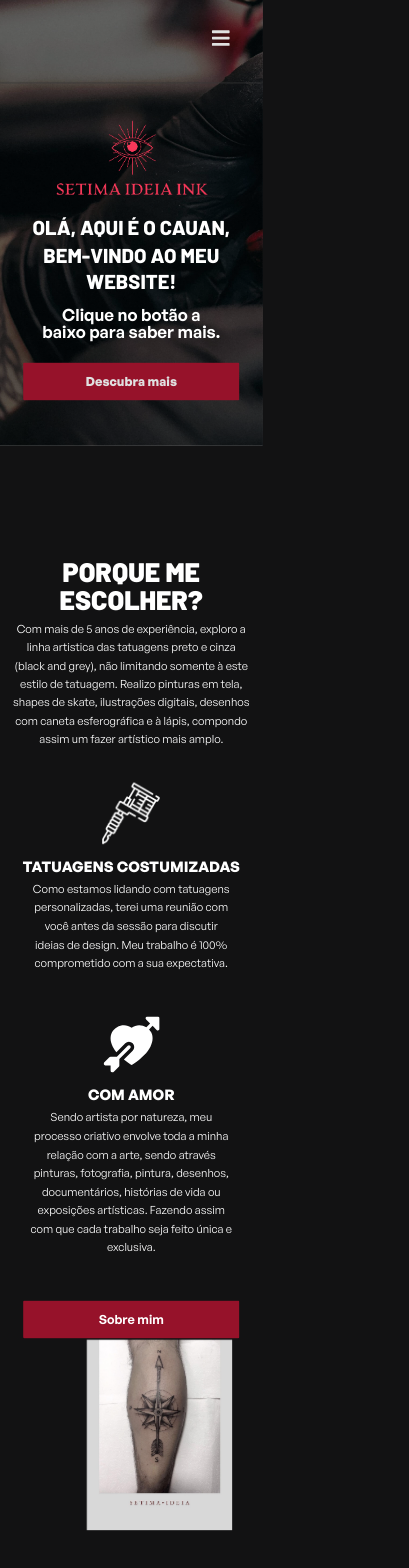
Repository: Leoka2000/S-tima-Ideia
Page: /
These files come from the project's save history. The page is drawn as it stood at one moment and after the next save; the edit follows.
The browser window is 375 px wide. The page is 584 px wide, so the pictures cover 584 px, including what lies to the right of the window. The pictures show the part of the page from y = 0 to 2240 px (the page is 8730 px tall), at 70% of full size.
Backgrounds fixed to the window are drawn as part of the page. The project was rebuilt for these pictures with package versions that can differ from the ones it lists, and the page was loaded fresh each time. Some packages were replaced by stand-ins written for this rebuild. Also part of the build but not shown: src/pages/main/instagram/instagram.css, src/pages/main/instagram/instagram.jsx, src/App.css, src/pages/portfolio/portfolio.css, src/data/database-common.js, src/pages/portfolio/loop-content.jsx, src/pages/portfolio/portfolio.jsx, src/pages/portfolio/index.jsx and 2 more. Imported but missing from the stored project, and not drawn on this page: src/assets/videos/cauan-video.mp4.

Above is the page before, as saved 2023-05-22 20:55:28.

### public/index.html
<!DOCTYPE html>
<html lang="en">
  <head>
    <meta charset="utf-8" />
    <link rel="icon" href="%PUBLIC_URL%/logo.png" />
    <meta name="viewport" content="width=device-width, initial-scale=1" />
    <meta name="theme-color" content="#000000" />
    <meta
      name="description"
      content="Web site created using create-react-app"
    />
    <link rel="apple-touch-icon" href="%PUBLIC_URL%/logo192.png" />
    <!--
      manifest.json provides metadata used when your web app is installed on a
      user's mobile device or desktop. See https://developers.google.com/web/fundamentals/web-app-manifest/
    -->
    <link rel="manifest" href="%PUBLIC_URL%/manifest.json" />
    <!--
      Notice the use of %PUBLIC_URL% in the tags above.
      It will be replaced with the URL of the `public` folder during the build.
      Only files inside the `public` folder can be referenced from the HTML.

      Unlike "/favicon.ico" or "favicon.ico", "%PUBLIC_URL%/favicon.ico" will
      work correctly both with client-side routing and a non-root public URL.
      Learn how to configure a non-root public URL by running `npm run build`.
    -->
    <title>Setima Idea.ink</title>
  </head>
  <body>
    <noscript>You need to enable JavaScript to run this app.</noscript>
    <div id="root"></div>
    <!--
      This HTML file is a template.
      If you open it directly in the browser, you will see an empty page.

      You can add webfonts, meta tags, or analytics to this file.
      The build step will place the bundled scripts into the <body> tag.

      To begin the development, run `npm start` or `yarn start`.
      To create a production bundle, use `npm run build` or `yarn build`.
    -->
  </body>
</html>

### src/pages/main/index/index.jsx
import React from 'react'
import Hero from '../hero/hero'
import About from '../about/about'
import Carousel from '../carousel/carousel'
import HorizontalParallax2 from '../carousel/carousel2'
import LookPortfolio from '../olhe-portfolio'
import Video from '../video/video'
import Instagram from '../instagram/instagram'
import Form from '../contact/form'
import Contact from '../contact'
import Sobre from '../../sobre/about/about'

const index = () => {
  return (
    <>
      <Hero/>
      <About/>
      <Carousel/>
      <HorizontalParallax2/>
      <LookPortfolio/>
      <Video/>
      <Sobre/>
      {/* <Instagram/> */}
      <Contact/>
    </>
  )
}

export default index

### src/pages/sobre/about/about.jsx
import React from 'react'
import "./about.css"
import { BsFacebook } from 'react-icons/bs'
import { BsInstagram } from 'react-icons/bs'
import { AiOutlineMail } from 'react-icons/ai'
import cauan from '../../../assets/images/cauan.jpg'
import {Link} from 'react-scroll'

const Sobre = () => {
  return (
    <section id='about' className='sobre-section'>
      <main>
        <div className='sobre-left'>
          <h2>Tatuador na equipe Família Bagé.</h2>
          <h1>Cauan Rossoni Feversani</h1>
          <p>Magna nisl egestas amet netus lectus malesuada diam et ullamcorper et in urna maecenas praesent ut vitae tempus sollicitudin pharetra ipsum molestie urna scelerisque.</p>
          <div className='sobre-icons-wrapper'>
            <a target='_blank' href='https://www.instagram.com/setimaideia.ink'>
              <BsInstagram />
            </a>
            <a href='mailto:contato.cauanrf@gmail.com'>
              <AiOutlineMail />
            </a>
          </div>
          <div className='sobre-button-wrapper'>
          <Link style={{ textDecoration: 'none' }} spy={true} smooth={true} offset={100} duration={500} to='form' ><button className='solid'>Contato</button></Link>
            <a target='_blank' href='https://www.instagram.com/setimaideia.ink'><button className='transparent'>Veja o portfólio</button></a>
          </div>
        </div>
        <div className='sobre-right'>
          <img alt='cauan' src={cauan}/>
        </div>
      </main>
    </section>
  )
}

export default Sobre

### src/components/footer/footer.jsx
import { useEffect } from 'react'
import './footer.css'
import { BsFacebook } from 'react-icons/bs'
import { BsInstagram } from 'react-icons/bs'
import { AiOutlineMail } from 'react-icons/ai'
import machine from '../../assets/icons/tattoo-machine.png'
import bage from '../../assets/brand/bage.jpg'
import { useLocation } from 'react-router-dom'
import { Link } from 'react-scroll'

const Footer = () => {

    const location = useLocation();

    useEffect(() => {
        window.scrollTo(0, 0);
    }, [location.pathname]);


    return (
        <footer>
            <main>
                <div className='footer-left'>
                    <div className='footer-cauan'>
                        <img src={machine} />
                        <p>Cauan Rossoni</p>
                    </div>

                    <div className='footer-icons-wrapper'>
                        <a target='_blank' href='https://www.instagram.com/setimaideia.ink/'>< BsInstagram /></a>
                        <a target='_blank' href='mailto:contato.cauanrf@gmail.com'><AiOutlineMail /></a>
                    </div>
                </div>
                <div className='footer-middle'>
                    <h1>Páginas</h1>
                    <Link style={{ textDecoration: 'none' }} spy={true} smooth={true} offset={100} duration={500} to='inicio' >Início</Link>
                    <Link style={{ textDecoration: 'none' }} spy={true} smooth={true} offset={100} duration={500} to='portfolio' >Portfolio</Link>
                    <Link style={{ textDecoration: 'none' }} spy={true} smooth={true} offset={100} duration={500} to='about' >Sobre</Link>
                </div>
                <div className='footer-right'><a target='_blank' href='https://www.instagram.com/_familiabagetattoo_/'><img src={bage} /></a></div>
            </main>
            <div className='leo-tag'>
                <p>Desenvolvido por <a style={{textDecoration: 'none'}} href='https://www.linkedin.com/in/leoreus/'>Leo Reus Oliveira</a></p>
            </div>
        </footer>
    )
}

export default Footer

### src/pages/main/hero/hero.jsx
import React from 'react';
import { motion } from 'framer-motion';
import './hero.css';
import logo from '../../../assets/brand/logoCorrected.png';
import { Link } from 'react-scroll';

const Hero = () => {
  const text = "Olá, aqui é o Cauan, bem-vindo ao meu website!";

  const parentVariants = {
    animate: {
      transition: {
        staggerChildren: 0.05,
      },
    },
  };

  const childVariants = {
    initial: {
      y: 20,
      opacity: 0,
    },
    animate: {
      y: 0,
      opacity: 1,
    },
  };

  return (
    <section id='inicio' className="hero-section">
      <div className="hero-wrapper">
        <img src={logo} alt="logo" />
        <motion.h1 variants={parentVariants} initial="initial" animate="animate">
          {text.split("").map((letter, index) => (
            <motion.span key={index} variants={childVariants}>{letter}</motion.span>
          ))}
        </motion.h1>
        <h2>Clique no botão a baixo para saber mais.</h2>
        <div>
          <Link to='sobre' className="colored-hero" style={{textDecoration: 'none'}} spy={true} smooth={true} offset={100} duration={500}>Descubra mais</Link>
        </div>
      </div>
    </section>
  );
};

export default Hero;

### src/pages/main/carousel/carousel.jsx
import C1 from '../../../assets/carousel/c1.jpg'
import C2 from '../../../assets/carousel/c2.jpg'
import C3 from '../../../assets/carousel/c3.jpg'
import C4 from '../../../assets/carousel/c4.jpg'
import C5 from '../../../assets/carousel/c5.jpg'
import C6 from '../../../assets/carousel/c6.jpg'
import C7 from '../../../assets/carousel/c7.jpg'
import C8 from '../../../assets/carousel/c8.jpg'
import C9 from '../../../assets/carousel/c9.jpg'
import C10 from '../../../assets/carousel/c10.jpg'

import { motion, useTransform, useScroll, circOut } from "framer-motion";
import React from "react";
import './carousel.css'

const images = [
  C1,
  C5,
  C4,
  C7,
  C2,
  C6,
  C8,
  C9,
  C10,
];

const HorizontalParallax = () => {
  const { scrollYProgress } = useScroll();
  const x = useTransform(scrollYProgress,
     [0, 1],
      [0, -2000],
      { clamp: false, velocity: 0.1, ease: circOut });

  return (
    <div className="horizontal-parallax">
      <motion.div
        className="images-container"
        style={{ x }}
      >
        {images.map((image, index) => (
          <div key={index} className="image">
            <img src={image} alt={`Image ${index}`} />
          </div>
        ))}
      </motion.div>
    </div>
  );
};

export default HorizontalParallax;

### src/pages/main/carousel/carousel2.jsx
import { motion, useTransform, useScroll, circOut } from "framer-motion";
import React from "react";
import './carousel.css'
import C1 from '../../../assets/carousel/c10.jpg'
import C2 from '../../../assets/carousel/c9.jpg'
import C3 from '../../../assets/carousel/c8.jpg'
import C4 from '../../../assets/carousel/c7.jpg'
import C5 from '../../../assets/carousel/c6.jpg'
import C6 from '../../../assets/carousel/c5.jpg'
import C7 from '../../../assets/carousel/c4.jpg'
import C8 from '../../../assets/carousel/c3.jpg'
import C9 from '../../../assets/carousel/c2.jpg'
import C10 from '../../../assets/carousel/c1.jpg'

const images = [
  C2,
  C3,
  C4,
  C1,
  C5,
  C6,
  C7,
  C8,
  C9,
  C10,
];

const HorizontalParallax2 = () => {
  const { scrollYProgress } = useScroll();
  const x = useTransform(scrollYProgress, [1, 0], [0, -2000], {ease: circOut });

  return (
    <div className="horizontal-parallax">
      <motion.div
        className="images-container"
        style={{ x }}
      >
        {images.map((image, index) => (
          <div key={index} className="image">
            <img src={image} alt={`Image ${index}`} />
          </div>
        ))}
      </motion.div>
    </div>
  );
};

export default HorizontalParallax2;

### src/pages/main/olhe-portfolio/index.jsx
import React from 'react'
import './index.css'
import img from '../../../assets/images/lookportfolio-img.png'
import silhouete from '../../../assets/icons/about-tattoo-machine.png'
import clown from '../../../assets/icons/rose.png'
import { useInView } from 'react-intersection-observer';
import { motion } from 'framer-motion'
import { Link } from 'react-router-dom'

const LookPortfolio = () => {

  const [ref1, inView1] = useInView({
    threshold: 0.3,
    triggerOnce: true,
    delay: 0.7
  });

  const [ref2, inView2] = useInView({
    threshold: 0.3,
    triggerOnce: true,
    delay: 0.9
  });

  return (
    <section id='portfolio' className='look-portfolio-section'>
      <img alt='silhouete' className='silhouete' src={silhouete} />
      <img alt='silhouete' className='clown' src={clown} />
      <motion.div
        ref={ref1}
        initial={{ opacity: 0 }}
        animate={inView1 ? { opacity: 1 } : { opacity: 0 }}
        transition={{ duration: 1 }}
        className='look-portfolio-left'>
        <img src={img} />
      </motion.div>
      <motion.div
        ref={ref2}
        initial={{ opacity: 0 }}
        animate={inView2 ? { opacity: 1 } : { opacity: 0 }}
        transition={{ duration: 1 }}
        className='look-portfolio-right'>
        <h1>Confira o meu portfólio!</h1>
        <p>Clique no link a baixo para acessar o meu portfólio no Instagram. Lá, você pode encontrar uma exposição dos meus trabalhos atualizados.</p>
        <a
         style={{textDecoration:'none'}} target='_blank' href='https://www.instagram.com/setimaideia.ink/'>Saiba mais</a>
      </motion.div>

    </section>
  )
}

export default LookPortfolio

### src/pages/main/video/video.jsx
import React, { useState } from 'react';
import './video.css';
import cauan from '../../../assets/videos/cauan-video.mp4'
import thumb from '../../../assets/images/Thumbnail.jpg'
import { FaPlay, FaTimes } from "react-icons/fa";

function Video() {
    const [showVideo, setShowVideo] = useState(false);

    function handlePlayClick() {
        setShowVideo(true);
        document.body.style.overflow = 'hidden';
    }

    function handleCloseClick() {
        setShowVideo(false);
        document.body.style.overflow = 'visible';
    }

    return (
        <section className="video-thumbnail">
            <div className='overlay-effect'>
                <div
                    className="thumbnail-image"

                >
                    <button
                        className="play-button"
                        onClick={handlePlayClick}
                    >
                        <FaPlay className="play-icon" />
                    </button>
                </div>
                {showVideo && (
                    <div className="video-overlay">
                        <button className="close-button" onClick={handleCloseClick}>
                            <FaTimes className="close-icon" />
                        </button>
                        <div className="video-wrapper">
                            <video src={cauan} controls autoPlay />
                        </div>
                    </div>
                )}
            </div>
        </section>
    );
}

export default Video

### src/pages/main/contact/index.jsx
import React from 'react'
import Form from './form'
import './form.css'
import { useInView } from 'react-intersection-observer';
import { motion } from 'framer-motion'
import { AiFillMessage } from 'react-icons/ai'
import { AiOutlineFieldTime } from 'react-icons/ai'
import { BsCashStack } from 'react-icons/bs'
import { MdFastfood} from 'react-icons/md'
import {BsCapsulePill} from 'react-icons/bs'

const Index = () => {

  const [ref1, inView1] = useInView({
    threshold: 0.7,
    triggerOnce: true,
    delay: 0.9
  });

  return (
    <section className='form-section-parent'>

      <motion.header
        ref={ref1}
        initial={{ opacity: 0 }}
        animate={inView1 ? { opacity: 1 } : { opacity: 0 }}
        transition={{ duration: 1 }}
        className='form-header'>
        <h1>INFORMAÇÕES IMPORTANTES!</h1>
        <p>Este site tem a intenção de fazer com que você me conheça melhor. Se você deseja marcar uma tatuagem comigo, leia as informações abaixos.</p>
        <div className='row-wrapper'>
          <div>
            <span><AiFillMessage /></span>
            <p>Envie-me uma mensagem no Instagram e uma foto de referência ou mencione a ID de um dos meus trabalhos presentes na seção de portfólio deste site.</p>
          </div>
          <div>
            <span><BsCashStack /></span>
            <p>Para agendar uma tatuagem comigo, você precisará pagar um depósito, e esse valor será destinado para o custo total do trabalho.</p>
          </div>
          <div>
            <span><AiOutlineFieldTime /></span>
            <p>Será necessário 48 horas de antecedência para cancelar ou reagendar uma sessão. Se você não conseguir fazer isso, precisará marcar outro agendamento e pagar um depósito extra.</p>
          </div>
          <div>
            <span><MdFastfood /></span>
            <p>Certifique-se de comer, se hidratar e descansar antes de realizer sua tatuagem.</p>
          </div>
          <div>
            <span><BsCapsulePill/></span>
            <p>Não venha de ressaca ou sob o efeito de drogas.</p>
          </div>

        </div>

      </motion.header>
      <Form />
    </section >
  )
}

export default Index

### src/pages/main/hero/hero.css
@import url('https://fonts.googleapis.com/css?family=Barlow:100,300,400,500,600,700,800,900&display=swap');

.hero-section {
    padding: 8rem 0rem 15rem 0;

    background-image: linear-gradient(180deg, rgba(0, 0, 0, 0.6), rgba(0, 0, 0, 0.6)), url("../../../assets/images/hero-bg.jpg");

    background-position: 0px 0px, 50% 0%;
    background-size: auto, cover;
    background-repeat: repeat, no-repeat;
    background-attachment: scroll, fixed;
    border-bottom: 1px solid #393939;

}

.hero-wrapper {
    display: flex;
    flex-direction: column;
    justify-content: center;
    align-items: center;
}

.hero-wrapper>img {
    width: 24rem;
    margin-bottom: 1rem;
}

.hero-wrapper>h1 {
    font-size: 3.6rem;
    line-height: 4rem;
    max-width: 70rem;
    font-weight: 800;
    text-transform: uppercase;
    text-align: center;
    font-family: Barlow, sans-serif;
    margin-bottom: 1rem;
}

.hero-wrapper>h2 {
    font-size: 1.3rem;
    font-weight: 500;
    font-family: 'General Sans', sans-serif;
}
.hero-wrapper > div {
    display: flex;
    gap: 2rem;
    align-items: center;
    justify-content: center;
    margin-top: 2rem;
}
.colored-hero {
    padding: 1rem;

    cursor: pointer;
    -webkit-box-pack: center;
    -webkit-justify-content: center;
    -ms-flex-pack: center;
    justify-content: center;
    border: 1px solid transparent;
    border-radius: 2px;
    background-color: #96122a;
    -webkit-transition: box-shadow 300ms ease, -webkit-transform 300ms ease;
    transition: box-shadow 300ms ease, -webkit-transform 300ms ease;
    transition: box-shadow 300ms ease, transform 300ms ease;
    transition: box-shadow 300ms ease, transform 300ms ease, -webkit-transform 300ms ease;
    font-family: 'General Sans', sans-serif;
    color: rgb(224, 224, 224);
    line-height: 1.111em;
    font-weight: 600;
    text-align: center;
    text-decoration: none;
    text-transform: none;
    -webkit-transform-style: preserve-3d;
    transform-style: preserve-3d;
}

.colored-hero:hover {
    box-shadow: 0 10px 20px 0 rgba(248, 19, 60, 0.2);
    -webkit-transform: translate3d(0px, -3px, 0.01px);
    transform: translate3d(0px, -3px, 0.01px);


}

.transparent-hero:hover {
    background-color: #fff;
    -webkit-transform: translate3d(0px, -3px, 0.01px);
    transform: translate3d(0px, -3px, 0.01px);
    color: #121213;
}

.transparent-hero {
    padding: 0 1rem 0 1rem;
    border-radius: 2px;
    height: 3.5rem;
    display: flex;
    align-items: center;
    justify-content: center;
    cursor: pointer;
    border-style: solid;
    border-width: 1px;
    border-color: #f0f0f0;
    background-color: transparent;
    box-shadow: 0 4px 10px 0 rgba(0, 0, 0, 0.2);
    -webkit-transition: background-color 300ms ease, color 300ms ease, -webkit-transform 300ms ease;
    transition: background-color 300ms ease, color 300ms ease, -webkit-transform 300ms ease;
    transition: transform 300ms ease, background-color 300ms ease, color 300ms ease;
    transition: transform 300ms ease, background-color 300ms ease, color 300ms ease, -webkit-transform 300ms ease;
    font-family: 'General Sans', sans-serif;
    color: #fff;
    line-height: 1.111em;
    font-weight: 500;
    text-align: center;
    text-transform: none;
    -webkit-transform-style: preserve-3d;
    transform-style: preserve-3d;
}
@media screen and (max-width: 650px) {
    .hero-wrapper>h1 {
        font-size: 2.6rem;
        line-height: 3rem;
    }
    .hero-wrapper>h2 {
        text-align: center;
        margin-bottom: 0rem;
        width: 20rem;
    }
    .hero-section {
        padding: 10rem 0rem 4rem 0;
        background-image: linear-gradient(180deg, rgba(0, 0, 0, 0.6), rgba(0, 0, 0, 0.6)), url("../../../assets/images/hero-bg.jpg");
        background-position: 0px 0px, 50% 0%;
background-size:69rem;
background-repeat: repeat, no-repeat;
background-attachment: scroll, fixed;

    }
    }


@media screen and (max-width: 500px) {
    .hero-wrapper{
        margin-right: 1rem;
        margin-left: 1rem;
    }
    .hero-wrapper>h1 {
        font-size: 1.8rem;
        line-height: 2.4rem;
        max-width: 70rem;
        font-weight: 800;
        text-transform: uppercase;
        text-align:center;
        font-family: Barlow, sans-serif;
        margin-bottom: 1rem;
    }
    .hero-wrapper>img {
        width: 15rem;
    }
    .hero-wrapper>h2 {
        font-size: 1.5rem;
        line-height: 1.5rem;

        font-family: 'General Sans', sans-serif;
        text-align: center;
        width: 16rem;
    }
    .hero-wrapper > div {
        flex-direction: column;
        width: 90%;
    }
    .hero-wrapper > div > a {
       width: 100%;
    }


}

### src/pages/main/carousel/carousel.css
.horizontal-parallax {
  position: relative;
  width: 100%;
  height: 400px;
  overflow-x: hidden;
}

.images-container {
  position: absolute;
  top: 0;
  left: 0;
  height: 100%;
  white-space: nowrap;
}

.image {
  display: inline-block;
  width: 400px;
  height: 350px;
  margin-right: 20px;
  overflow: hidden;
}

.image img {
  width: 100%;
  height: 100%;
  object-fit: cover;
}

@media screen and (max-width: 650px) {
  .image {
    display: inline-block;
    width: 210px;
    height: 245px;
    margin-right: 20px;
    overflow: hidden;
  }
  .horizontal-parallax {
    position: relative;
    width: 100%;
    height: 350px;
    overflow-x: hidden;
  }

}

### src/pages/main/video/video.css
.video-thumbnail {
    position: relative;
    width: 100%;
    height: 15rem;
    padding-bottom: 56.25%;
    background-color: rgba(0, 0, 0, 0.2);
    z-index: 3;

  }
  .overlay-effect {
    position: absolute;

left: 0%;
top: 0%;
right: 0%;
bottom: 0%;
z-index: 2;
display: -webkit-box;
display: -webkit-flex;
display: -ms-flexbox;
display: flex;
width: 100%;
height: 100%;
-webkit-box-pack: center;
-webkit-justify-content: center;
-ms-flex-pack: center;
justify-content: center;
-webkit-box-align: center;
-webkit-align-items: center;
-ms-flex-align: center;
align-items: center;
border-top: 1px solid #393939;
border-bottom: 1px solid #393939;
background-color: rgba(0, 0, 0, 0.7);
  }

  .thumbnail-image {
    position: absolute;
    top: 0;
    left: 0;
    height: 100%;
    width: 100%;
    z-index: -1;

    background-image: linear-gradient( 115deg, rgba(34, 34, 34, 0.8), rgba(44, 21, 21, 0.8) ), url('../../../assets/images/Thumbnail.jpg');
    background-size: cover;
    background-repeat: no-repeat;
    background-position: center;
    display: flex;
    justify-content: center;
    align-items: center;
  }



  .play-button {
    display: flex;
    justify-content: center;
    align-items: center;
    width: 80px;
    height: 80px;
    border: none;
    border-radius: 50%;
    background-color: rgba(0, 0, 0, 0.6);
    cursor: pointer;
    transition: 0.3s;
  }

  .play-icon {
    color: white;
    font-size: 30px;

  }
  .play-button:hover {
transform: scale(1.1);
  }

  .video-overlay {
    position: fixed;
    top: 0;
    left: 0;
    width: 100%;
    height: 100%;
    z-index: 1;
    display: flex;
    justify-content: center;
    align-items: center;
    background-color: rgba(0, 0, 0, 0.8);
  }

  .close-button {
    position: absolute;
    top: 8.5rem;
    right: 2rem;
    display: flex;
    justify-content: center;
    align-items: center;
    width: 30px;
    height: 30px;
    background-color: rgba(0, 0, 0, 0.6);
    border: none;
    cursor: pointer;
  }

  .close-icon {
    color: white;
    font-size: 20px;
  }

  .video-wrapper {

    overflow: hidden;
  }

  video {
    width: 45rem;
    height: 1000rem;
    object-fit: contain;

  }

  @media screen and (max-width: 650px) {
    video {
      width: 45rem;
      height: 1000rem;
      object-fit: contain;

    }


  .video-thumbnail {
    position: relative;
    width: 100%;
    height: 25rem;
    padding-bottom: 56.25%;
    background-color: rgba(0, 0, 0, 0.2);
    z-index: 3;

  }
      }

Loaded but not shown: src/index.js (36 lines, source omitted); src/routes.js (29 lines, source omitted); src/pages/main/contact/form.css (328 lines, source omitted); src/pages/sobre/about/about.css (260 lines, source omitted); src/components/navbar/navbar.css (277 lines, source omitted); src/pages/main/about/about.css (258 lines, source omitted); src/pages/main/contact/form.jsx (95 lines, source omitted); src/index.css (112 lines, source omitted); src/pages/main/olhe-portfolio/index.css (156 lines, source omitted); src/pages/main/about/about.jsx (76 lines, source omitted); src/components/navbar/navbar.jsx (80 lines, source omitted); src/components/footer/footer.css (122 lines, source omitted)

After the next save:
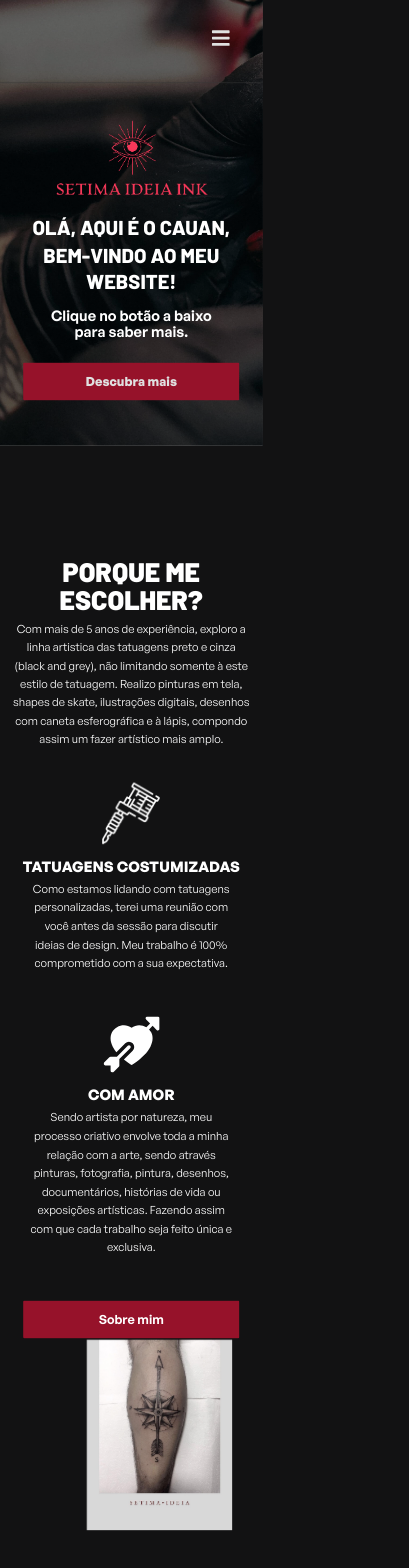
Saved 6 s later.
--- a/src/pages/main/hero/hero.css
+++ b/src/pages/main/hero/hero.css
@@ -156,7 +156,7 @@ background-attachment: scroll, fixed;
         width: 15rem;
     }
     .hero-wrapper>h2 {
-        font-size: 1.5rem;
+        font-size: 1.3rem;
         line-height: 1.5rem;
 
         font-family: 'General Sans', sans-serif;
